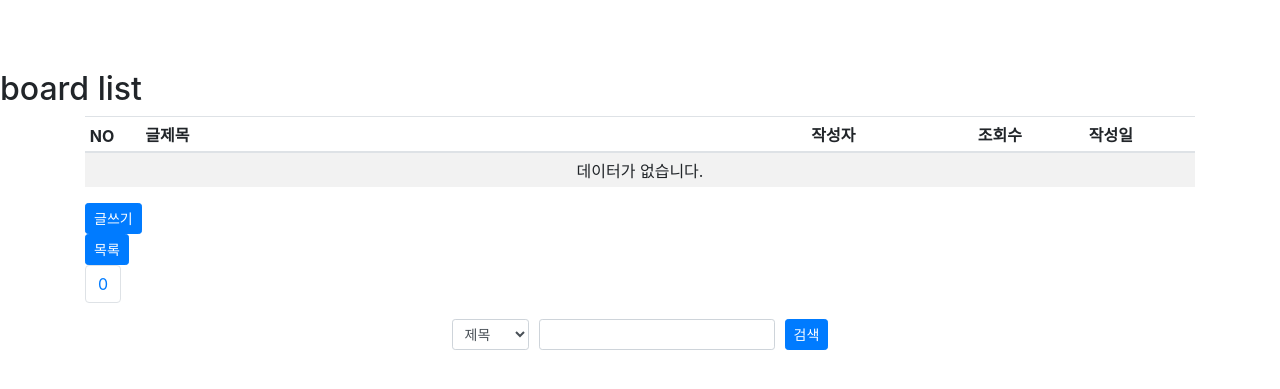
Repository: ysl4215/yslboard
Page: http://localhost/ysl/WEB-INF/views/board/index.jsp
These files come from the project's save history. The page is drawn as it stood at one moment and after a run of saves; the edit follows.
The browser window is 1280 px wide. The pictures show the whole page.
Some web libraries are served in a nearby version. The page is served by Tomcat 9. Nobody is signed in. The template is opened directly, without the code that normally fills it, so the values that code supplies are empty.

Above is the page before, as saved 2021-12-13 06:14:27.

After the next 2 saves:
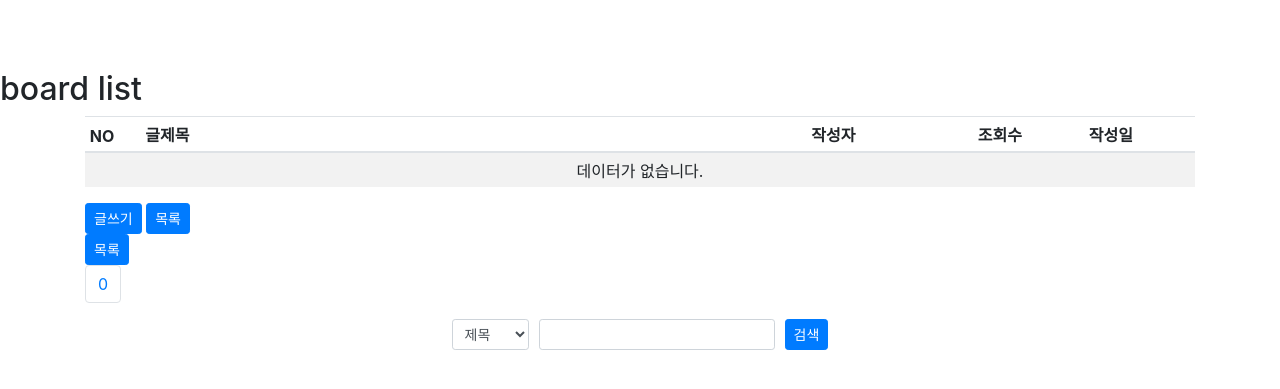
The 2 saves are shown as one change because they came seconds apart.
The last was saved 13 s later.
--- a/yslboard/ysl/ysl/src/main/webapp/WEB-INF/views/board/index.jsp
+++ b/yslboard/ysl/ysl/src/main/webapp/WEB-INF/views/board/index.jsp
@@ -168,6 +168,8 @@
 			<div>
 				<button type="button" class="btn btn-sm btn-primary"
 					id="btnWriteForm">글쓰기</button>
+				<button type="button" class="btn btn-sm btn-primary"
+					id="btnWriteForm">목록</button>
 			</div>
 			<div>
 				<button type="button" class="btn btn-sm btn-primary"
